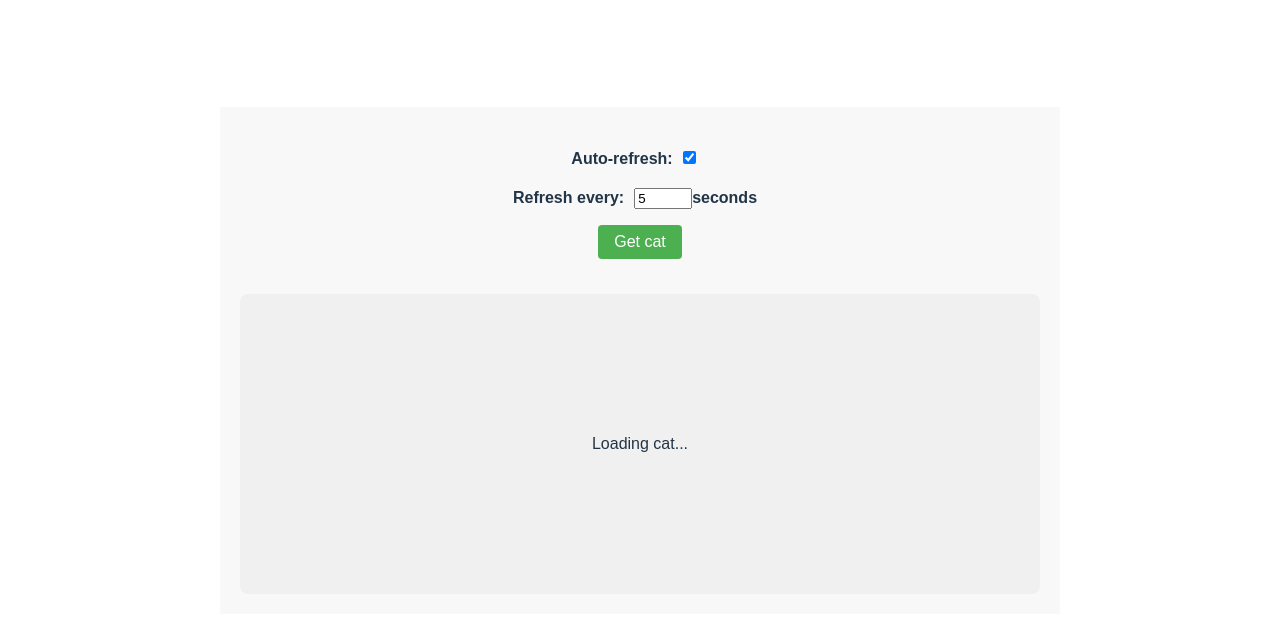
Repository: Pharaoh5/test-assignment5
Page: /
The author's editor kept a copy of each file at every save. The page is drawn from the files as they stood at one save, then again after the next save.
The browser window is 1280 px wide. The pictures show the whole page.
The page's requests for data from a server got no answer. The project was rebuilt for these pictures with package versions that can differ from the ones it lists, and the page was loaded fresh each time. No one was signed in, and anything a server would have sent is missing. Also part of the build but not shown: vite.config.ts.

Above is the page before, as saved 2025-04-08 19:20:25.

### index.html
<!doctype html>
<html lang="en">
  <head>
    <meta charset="UTF-8" />
    <link rel="icon" type="image/svg+xml" href="/vite.svg" />
    <meta name="viewport" content="width=device-width, initial-scale=1.0" />
    <title>Vite + React + TS</title>
  </head>
  <body>
    <div id="root" style="width: 100%;"></div>
    <script type="module" src="/src/main.tsx"></script>
  </body>
</html>

### src/App.tsx
import { useState, useEffect } from 'react';
import styled from 'styled-components';
import CatImage from './components/CatImage';
import Controls from './components/Controls';

const AppContainer = styled.div`
  background-color: #f8f8f8;
  font-family: Arial, sans-serif;
  max-width: 800px;
  margin: 0 auto;
  padding: 20px;
  text-align: center;
`;

const App = () => {
  const [catImage, setCatImage] = useState(null);
  const [autoRefresh, setAutoRefresh] = useState(true);
  const [refreshInterval, setRefreshInterval] = useState(5);

  const fetchCat = async () => {
    try {
      const response = await fetch('https://api.thecatapi.com/v1/images/search');
      const data = await response.json();
      setCatImage(data[0].url);
    } catch (error) {
      console.error('Error fetching cat:', error);
    }
  };

  useEffect(() => {
    fetchCat();
  }, []);

  useEffect(() => {
    let intervalId: number;
    if (autoRefresh) {
      intervalId = setInterval(fetchCat, refreshInterval * 1000);
    }
    return () => {
      if (intervalId) clearInterval(intervalId);
    };
  }, [autoRefresh, refreshInterval]);

  return (
    <AppContainer>
      <Controls
      autoRefresh={autoRefresh}
      refreshInterval={refreshInterval}
      onToggleAutoRefresh={() => setAutoRefresh(!autoRefresh)}
      onRefreshIntervalChange={(e: React.ChangeEvent<HTMLInputElement>) => setRefreshInterval(Number(e.target.value))}
      onManualRefresh={fetchCat}
      />
      <CatImage imageUrl={catImage as string | null} />
    </AppContainer>
  );
};

export default App;

### src/components/CatImage.tsx
import styled from 'styled-components';

const ImageContainer = styled.div`
`;

const CatImg = styled.img`
  max-width: 100%;
  max-height: 500px;
  border-radius: 8px;
  box-shadow: 0 2px 4px rgba(0, 0, 0, 0.1);
`;

const Placeholder = styled.div`
  width: 100%;
  height: 300px;
  background-color: #f0f0f0;
  display: flex;
  align-items: center;
  justify-content: center;
  border-radius: 8px;
`;

interface CatImageProps {
    imageUrl?: string | null;
  }

const CatImage = ({ imageUrl }: CatImageProps) => {
  return (
    <ImageContainer>
      {imageUrl ? (
        <CatImg src={imageUrl} alt="Random cat" />
      ) : (
        <Placeholder>Loading cat...</Placeholder>
      )}
    </ImageContainer>
  );
};

export default CatImage;

### src/components/Controls.tsx
import styled from 'styled-components';

const ControlsContainer = styled.div`
  padding: 20px;
  border-radius: 8px;
`;

const ControlGroup = styled.div`
  margin-bottom: 15px;
`;

const Label = styled.label`
  margin-right: 10px;
  font-weight: bold;
`;

const Button = styled.button`
  padding: 8px 16px;
  background-color: #4CAF50;
  color: white;
  border: none;
  border-radius: 4px;
  cursor: pointer;
  font-size: 16px;

  &:hover {
    background-color: #45a049;
  }
`;

interface ControlsProps {
  autoRefresh: boolean;
  refreshInterval: number;
  onToggleAutoRefresh: (event: React.ChangeEvent<HTMLInputElement>) => void;
  onRefreshIntervalChange: (event: React.ChangeEvent<HTMLInputElement>) => void;
  onManualRefresh: () => void;
}

const Controls: React.FC<ControlsProps> = ({
  autoRefresh,
  refreshInterval,
  onToggleAutoRefresh,
  onRefreshIntervalChange,
  onManualRefresh
}) => {
  return (
    <ControlsContainer>
      <ControlGroup>
        <Label>
          Auto-refresh:
          <input
            type="checkbox"
            checked={autoRefresh}
            onChange={onToggleAutoRefresh}
            style={{ marginLeft: '10px' }}
          />
        </Label>
      </ControlGroup>

      {autoRefresh && (
        <ControlGroup>
          <Label>
            Refresh every:
            <input
              type="number"
              min="1"
              max="60"
              value={refreshInterval}
              onChange={onRefreshIntervalChange}
              style={{ marginLeft: '10px', width: '50px' }}
            />
            seconds
          </Label>
        </ControlGroup>
      )}

      <ControlGroup>
        <Button onClick={onManualRefresh}>Get cat</Button>
      </ControlGroup>
    </ControlsContainer>
  );
};

export default Controls;

Loaded but not shown: src/main.tsx (common file); src/index.css (common file)

After the next save:
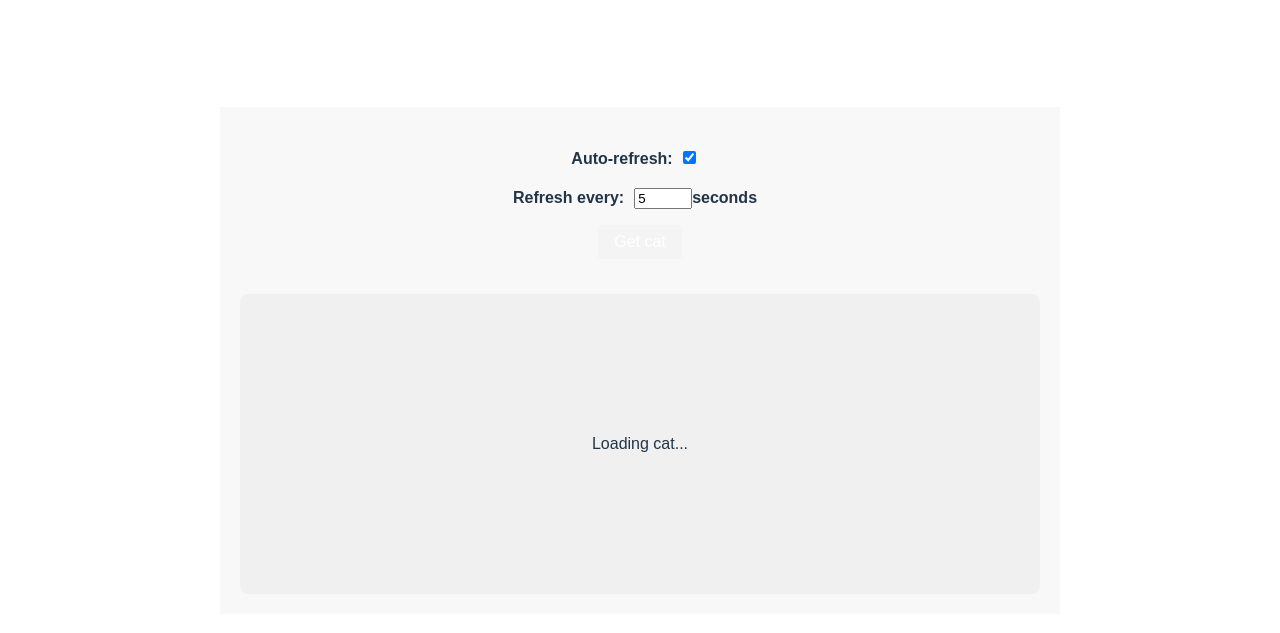
Saved 48 s later.
--- a/src/components/Controls.tsx
+++ b/src/components/Controls.tsx
@@ -16,7 +16,7 @@ const Label = styled.label`
 
 const Button = styled.button`
   padding: 8px 16px;
-  background-color: #4CAF50;
+  background-color: #f4f4f4;
   color: white;
   border: none;
   border-radius: 4px;
